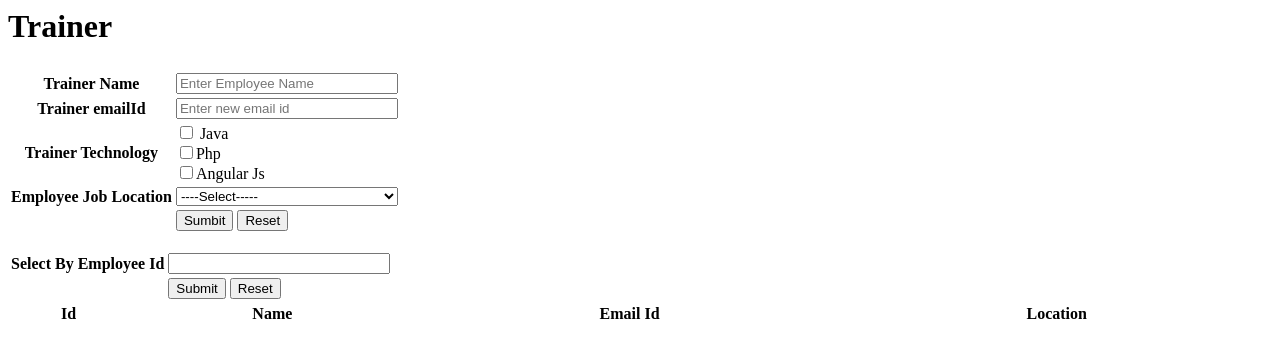
Repository: Dipak27/Dipak-s-front-end
Page: http://localhost/Traning_Management/trainercreate.jsp
These files come from the project's save history. The page is drawn as it stood at one moment and after the next save; the edit follows.
The browser window is 1280 px wide. The pictures show the whole page.
The page is served by Tomcat 9. Other server files are loaded and not shown.

Above is the page before, as saved 2016-11-10 04:38:44.

### Training Management Project/Traning_Management/src/main/webapp/trainercreate.jsp
	<!-- CONTENTS START -->

		<div class="container_24">
			<div class="grid_24">

				<div class="contents">

					<div class="padding_20">
						<h1>Trainer</h1>
					</div>
						<div class="grid_6 alpha">

								<div class="padding_20 text-justify" ng-controller="" >
										<form ng-submit="myMethod()">
									<table class="form-table" style="width:auto">


                        					<tr>
                        						<td><input type="hidden" ng-model="trainer.trainerId"></td>
                        					</tr>
                        					<tr>
												<th>
														Trainer Name
												</th>
												<td>
													<input id="trainername" type="text"  class="validate[required]" ng-model="employee.empName" style="width:120%" placeholder="Enter Employee Name" value=""  />
												</td>

											</tr>

												<tr>
												<th>
														Trainer emailId
												</th>
												<td>
													<input id="traineremail" type="text"  class="validate[required]" ng-model="employee.empEmailId" style="width:120%" placeholder="Enter new email id" value=""  />
												</td>

											</tr>
                        					<tr>
												<th>
														Trainer Technology
												</th>
												<td>
													<input type="checkbox" name="technology" value="java"> Java<br>
  													<input type="checkbox" name="technology" value="php">Php<br>
  													<input type="checkbox" name="technology" value="angularjs">Angular Js<br>
												</td>

											</tr>
										<tr>
											<th>
												Employee Job Location
											</th>
											<td>
												<select id="select1"  class="validate[required]" ng-model="employee.empLocation" style="width:120%"  >
													<option value="null">----Select-----</option>
                                        			<option value="pune">Pune</option>
                                        			<option value="hyderabad">Hyderabad</option>
                                        			<option value="gandhinagar">Gandinagar</option>

												</select>
											</td>
										</tr>

										<tr>
											<th>
												&nbsp;
											</th>
											<td>
												<input id="Submit1" type="submit" value="Sumbit"  />
												<input id="Reset1" type="reset" value="Reset" onclick="this.form.clear();" />
											</td>
										</tr>

									</table>
								</form>
							</div>

						</div>

						<div class="grid_28 omega">

							<div class="padding_20 text-justify" ng-controller="">
								<form id="frmMain"  class="frmMain" action="#" method="post">
									<table class="form-table" style="width:auto">

											<tr>
												<th>
													Select By Employee Id
												</th>
												<td><input type="text" class="validate[required]" name="title" style="width:120%" value=""></td>

											</tr>

										<tr>
											<th>
												&nbsp;
											</th>
											<td>
												<input id= "Submit1" type="submit" value="Submit"/>
												<input id="Reset1" type="reset" value="Reset" onclick="this.form.clear();" />
										</td>
										</tr>


												<table border='0' width='100%' class='table11'>
												<tr>
														<th> Id</th>
														<th> Name</th>
														<th>Email Id</th>
														<th>Location</th>


												</tr>


													<tr>

														<td></td>
														<td></td>
														<td></td>
														<td></td>



														</tr>

												     </table>

												<script type='text/javascript'>alert('Records Not Found')</script>

									</table>
								</form>
							</div>

						</div>


					<div class="clear"></div>
				</div>
			</div>
		</div>
		<div class="clear"> </div>

		<!-- CONTENTS END -->

After the next save:
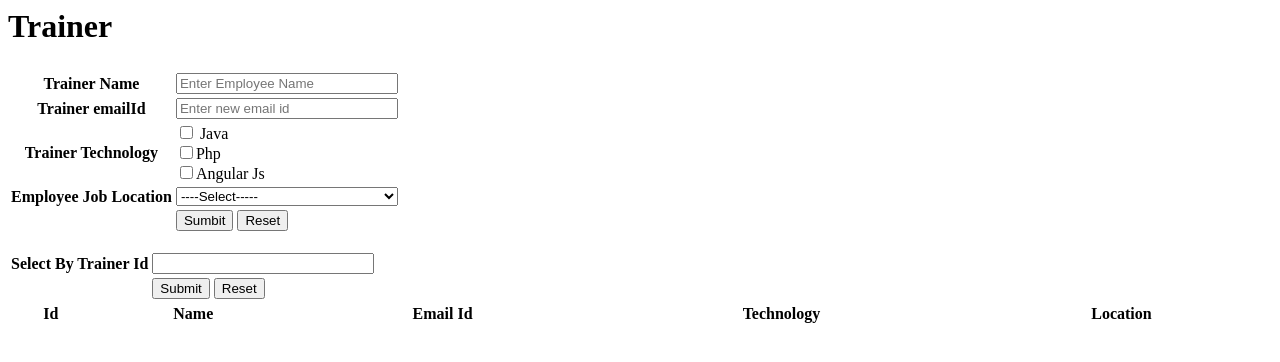
Saved 37 s later.
--- a/Training Management Project/Traning_Management/src/main/webapp/trainercreate.jsp
+++ b/Training Management Project/Traning_Management/src/main/webapp/trainercreate.jsp
@@ -87,7 +87,7 @@
 
 											<tr>
 												<th>
-													Select By Employee Id
+													Select By Trainer Id
 												</th>
 												<td><input type="text" class="validate[required]" name="title" style="width:120%" value=""></td>
 
@@ -107,8 +107,9 @@
 												<table border='0' width='100%' class='table11'>
 												<tr>
 														<th> Id</th>
-														<th> Name</th>
+														<th>Name</th>
 														<th>Email Id</th>
+														<th>Technology</th>
 														<th>Location</th>
 
 
